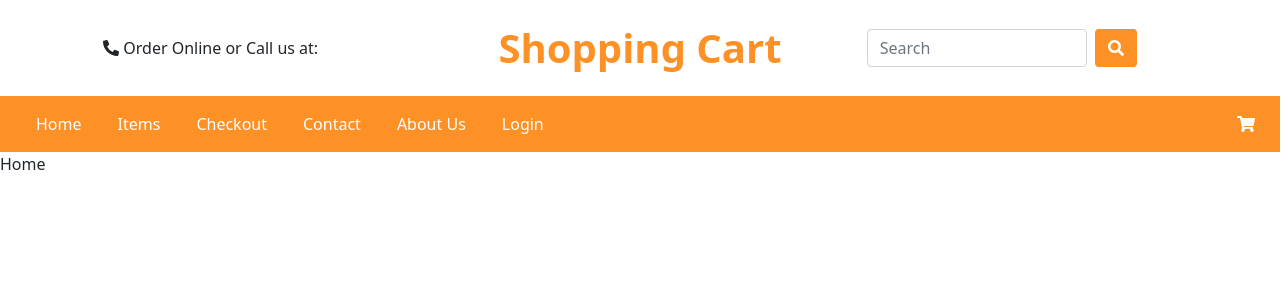
Repository: SaudCh/React-Ecommerce
Page: /
An editor plug-in stored every save of this project. The page is shown before and after the next save, followed by the edit.
The browser window is 1280 px wide. The page is 1284 px wide, so the pictures cover 1284 px, including what lies to the right of the window. The pictures show the whole page.
The project was rebuilt for these pictures with package versions that can differ from the ones it lists, and the page was loaded fresh each time. Also part of the build but not shown: src/App.css.

Above is the page before, as saved 2021-12-05 12:46:11.

### src/App.js
import "./App.css";
import Header from "./Header/Header";
import "../node_modules/bootstrap/dist/css/bootstrap.min.css";
import "../node_modules/bootstrap/dist/js/bootstrap.bundle.min";
import { BrowserRouter, Switch, Route } from "react-router-dom";

function App() {
  return (
    <BrowserRouter>
      <Header />
      <Switch>
        <Route path="/" exact>
          <div>Home</div>
        </Route>
      </Switch>
    </BrowserRouter>
  );
}

export default App;

### src/Header/Header.jsx
import {
  faPhoneAlt,
  faSearch,
  faShoppingCart,
} from "@fortawesome/free-solid-svg-icons";
import { FontAwesomeIcon } from "@fortawesome/react-fontawesome";
import React from "react";
import { Link } from "react-router-dom";
import "./Header.css";

export default function Header() {
  return (
    <div>
      <nav className="cotainer-fluid m-2 my-4">
        <div className="row align-items-center">
          <div className="col-12 col-md-4 text-center ">
            <p className="m-0 p-0">
              <FontAwesomeIcon icon={faPhoneAlt} /> Order Online or Call us at:{" "}
            </p>
          </div>
          <div className="col-12 col-md-4 text-center">
            <p className="m-0 fw-bold h1" style={{ color: "#fe9126" }}>
              Shopping Cart
            </p>
          </div>
          <div className="col-12 col-md-4 text-center">
            <form class="d-flex col-12 col-lg-8">
              <input
                class="form-control me-2"
                type="search"
                placeholder="Search"
                aria-label="Search"
              />
              <button
                class="btn text-white"
                style={{ backgroundColor: "#fe9126" }}
                type="submit"
              >
                <FontAwesomeIcon icon={faSearch} />
              </button>
            </form>
          </div>
        </div>
      </nav>
      <nav
        class="navbar navbar-expand-md navbar-dark"
        style={{ backgroundColor: "#fe9126" }}
      >
        <div class="container-fluid">
          <Link class="navbar-brand" href="#"></Link>

          <button
            class="navbar-toggler"
            type="button"
            data-bs-toggle="collapse"
            data-bs-target="#navbarSupportedContent"
            aria-controls="navbarSupportedContent"
            aria-expanded="false"
            aria-label="Toggle navigation"
          >
            <span class="navbar-toggler-icon"></span>
          </button>
          <div class="collapse navbar-collapse" id="navbarSupportedContent">
            <ul class="navbar-nav me-auto mb-2 mb-lg-0 nav-ul">
              <li class="nav-item">
                <Link class="nav-link  text-white" aria-current="page" to="#">
                  Home
                </Link>
              </li>
              <li class="nav-item">
                <Link class="nav-link  text-white" to="#">
                  Items
                </Link>
              </li>

              <li class="nav-item">
                <Link
                  class="nav-link text-white"
                  to="#"
                  tabindex="-1"
                  aria-disabled="true"
                >
                  Checkout
                </Link>
              </li>
              <li class="nav-item">
                <Link
                  class="nav-link text-white"
                  to="#"
                  tabindex="-1"
                  aria-disabled="true"
                >
                  Contact
                </Link>
              </li>
              <li class="nav-item">
                <Link
                  class="nav-link text-white"
                  to="#"
                  tabindex="-1"
                  aria-disabled="true"
                >
                  About Us
                </Link>
              </li>
              <li class="nav-item">
                <Link
                  class="nav-link text-white"
                  to="#"
                  tabindex="-1"
                  aria-disabled="true"
                >
                  Login
                </Link>
              </li>
            </ul>
            <button className="btn text-white">
              <FontAwesomeIcon icon={faShoppingCart} />
            </button>
          </div>
        </div>
      </nav>
    </div>
  );
}

### src/Header/Header.css
.nav-ul li {
  margin-right: 20px;
}

Loaded but not shown: public/index.html (common file); src/index.js (common file); src/reportWebVitals.js (common file)

After the next save:
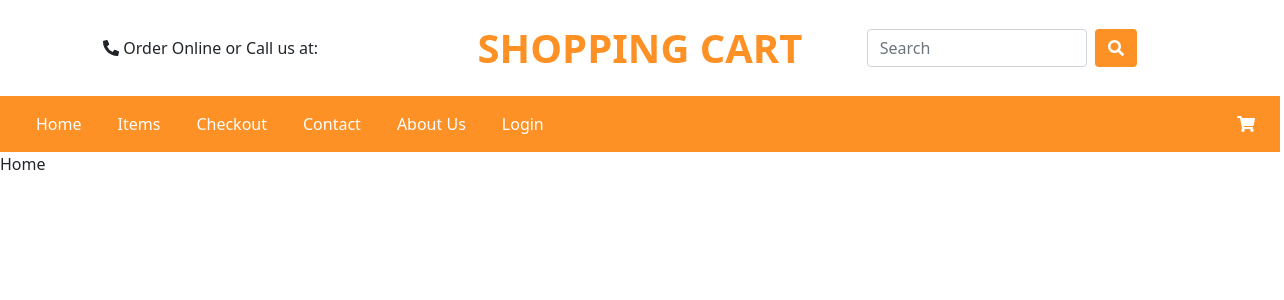
Saved 20 s later.
--- a/src/Header/Header.jsx
+++ b/src/Header/Header.jsx
@@ -20,7 +20,7 @@ export default function Header() {
           </div>
           <div className="col-12 col-md-4 text-center">
             <p className="m-0 fw-bold h1" style={{ color: "#fe9126" }}>
-              Shopping Cart
+              SHOPPING CART
             </p>
           </div>
           <div className="col-12 col-md-4 text-center">
